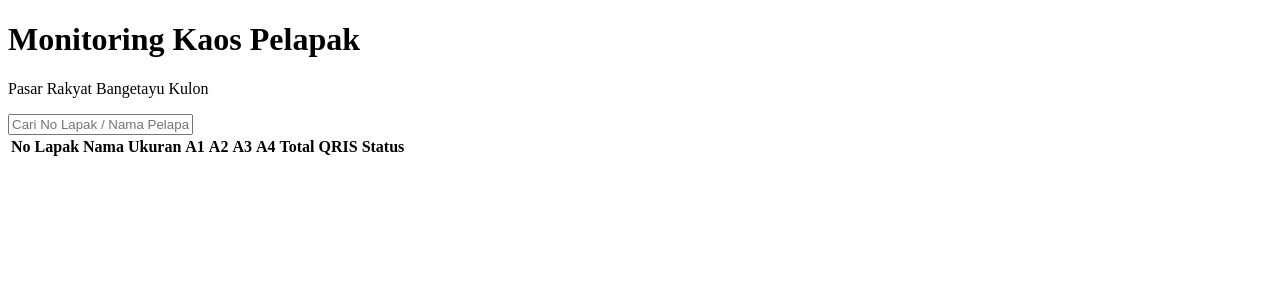
Repository: pasarrakyatbak/monitoringpembayarankaos
Page: index.html
These files come from the project's save history. The page is drawn as it stood at one moment and after the next save; the edit follows.
The browser window is 1280 px wide. The pictures show the whole page.
The page's requests for data from a server got no answer.

Above is the page before, as saved 2026-01-04 13:09:33.

### index.html
<!DOCTYPE html>
<html lang="id">

<head>
    <meta charset="UTF-8">
    <title>Monitoring Kaos</title>
    <link rel="stylesheet" href="style.css">
</head>

<body>

    <div class="app">
        <div class="header">
            <h1>Monitoring Kaos Pelapak</h1>
            <p>Pasar Rakyat Bangetayu Kulon</p>
        </div>

        <div class="card">
            <div class="toolbar">
                <input type="text" id="searchInput" placeholder="Cari No Lapak / Nama Pelapak">
            </div>

            <table>
                <thead>
                    <tr>
                        <th>No Lapak</th>
                        <th>Nama</th>
                        <th>Ukuran</th>
                        <th>A1</th>
                        <th>A2</th>
                        <th>A3</th>
                        <th>A4</th>
                        <th>Total</th>
                        <th>QRIS</th>
                        <th>Status</th>
                    </tr>
                </thead>
                <tbody></tbody>
            </table>
        </div>
    </div>

    <!-- JS WAJIB di bawah -->
    <script src="script.js"></script>
</body>

</html>

### style.css
/* Custom Scrollbar */
::-webkit-scrollbar {
  width: 8px;
}

::-webkit-scrollbar-track {
  background: #f1f1f1;
}

::-webkit-scrollbar-thumb {
  background: #6366f1;
  border-radius: 10px;
}

.status-lunas {
  @apply bg-green-100 text-green-800 px-2 py-1 rounded-full text-xs font-bold;
}

.status-belum {
  @apply bg-red-100 text-red-800 px-2 py-1 rounded-full text-xs font-bold;
}

tr:hover {
  background-color: #f9fafb;
  transition: background 0.2s;
}

### script.js
const API_URL = "https://script.google.com/macros/s/AKfycby4z2qZ24SrJkcyGpybH29lSUC_3_z1LG-7wSmTzpaOEXrwjXf0Cl3hqkg95qAxPj1-/exec";
let allData = [];

document.addEventListener('DOMContentLoaded', () => {
    const searchInput = document.getElementById('searchInput');
    const tbody = document.querySelector('tbody');

    async function loadData() {
        const res = await fetch(API_URL);
        const data = await res.json();
        allData = data;
        renderTable(data);
    }

    function renderTable(data) {
        tbody.innerHTML = '';

        data.forEach((row, index) => {
            const statusText = row.qris ? 'Lunas' : 'Belum';
            const statusClass = row.qris ? 'status-lunas' : 'status-belum';

            const tr = document.createElement('tr');
            tr.innerHTML = `
        <td>${row.noLapak}</td>
        <td>${row.nama}</td>
        <td>${row.ukuran}</td>
        <td>${row.a1}</td>
        <td>${row.a2}</td>
        <td>${row.a3}</td>
        <td>${row.a4}</td>
        <td>Rp ${row.total.toLocaleString('id-ID')}</td>
        <td>
          <input type="checkbox" ${row.qris ? 'checked' : ''} data-index="${index}">
        </td>
        <td class="${statusClass}">${statusText}</td>
      `;
            tbody.appendChild(tr);
        });
    }

    tbody.addEventListener('change', async (e) => {
        if (e.target.type === 'checkbox') {
            const index = e.target.dataset.index;
            await fetch(API_URL, {
                method: 'POST',
                body: JSON.stringify({ index, qris: e.target.checked })
            });
            loadData();
        }
    });

    searchInput.addEventListener('keyup', () => {
        const keyword = searchInput.value.toLowerCase();
        const filtered = allData.filter(item =>
            item.noLapak.toString().includes(keyword) ||
            item.nama.toLowerCase().includes(keyword)
        );
        renderTable(filtered);
    });

    loadData();
});

After the next save:
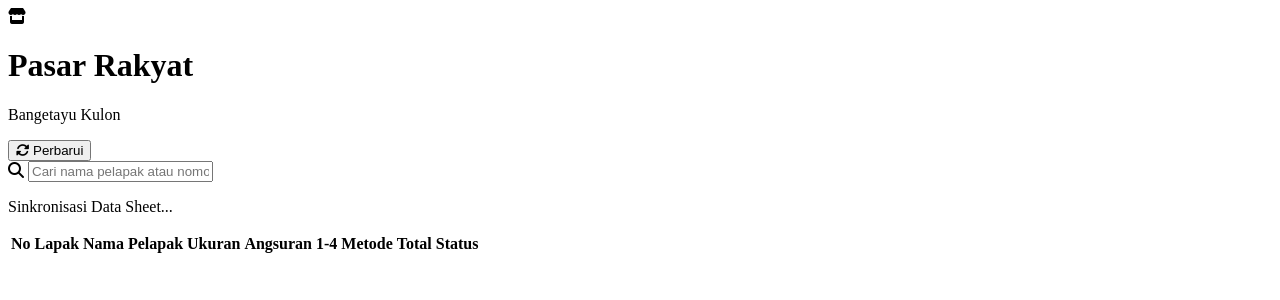
Saved 85 s later.
--- a/index.html
+++ b/index.html
@@ -3,45 +3,62 @@
 
 <head>
     <meta charset="UTF-8">
-    <title>Monitoring Kaos</title>
-    <link rel="stylesheet" href="style.css">
+    <link rel="stylesheet" href="https://cdnjs.cloudflare.com/ajax/libs/font-awesome/6.4.0/css/all.min.css">
+    <?!= include('css'); ?>
 </head>
 
 <body>
 
-    <div class="app">
-        <div class="header">
-            <h1>Monitoring Kaos Pelapak</h1>
-            <p>Pasar Rakyat Bangetayu Kulon</p>
+    <header class="top-nav">
+        <div class="container nav-box">
+            <div class="brand">
+                <div class="logo-circle"><i class="fas fa-store"></i></div>
+                <div class="brand-text">
+                    <h1>Pasar Rakyat</h1>
+                    <p>Bangetayu Kulon</p>
+                </div>
+            </div>
+            <button class="refresh-btn" onclick="refreshData()">
+                <i id="refresh-icon" class="fas fa-sync-alt"></i> <span>Perbarui</span>
+            </button>
+        </div>
+    </header>
+
+    <main class="container">
+        <section class="search-area">
+            <div class="input-group">
+                <i class="fas fa-search"></i>
+                <input type="text" id="searchInput" onkeyup="filterData()"
+                    placeholder="Cari nama pelapak atau nomor lapak...">
+            </div>
+        </section>
+
+        <div id="loader" class="loader">
+            <div class="spinner"></div>
+            <p>Sinkronisasi Data Sheet...</p>
         </div>
 
-        <div class="card">
-            <div class="toolbar">
-                <input type="text" id="searchInput" placeholder="Cari No Lapak / Nama Pelapak">
-            </div>
-
-            <table>
+        <div class="table-card desktop-view">
+            <table id="mainTable">
                 <thead>
                     <tr>
                         <th>No Lapak</th>
-                        <th>Nama</th>
+                        <th>Nama Pelapak</th>
                         <th>Ukuran</th>
-                        <th>A1</th>
-                        <th>A2</th>
-                        <th>A3</th>
-                        <th>A4</th>
+                        <th>Angsuran 1-4</th>
+                        <th>Metode</th>
                         <th>Total</th>
-                        <th>QRIS</th>
                         <th>Status</th>
                     </tr>
                 </thead>
-                <tbody></tbody>
+                <tbody id="tableBody"></tbody>
             </table>
         </div>
-    </div>
 
-    <!-- JS WAJIB di bawah -->
-    <script src="script.js"></script>
+        <div id="mobileList" class="mobile-view"></div>
+    </main>
+
+    <?!= include('js'); ?>
 </body>
 
 </html>
